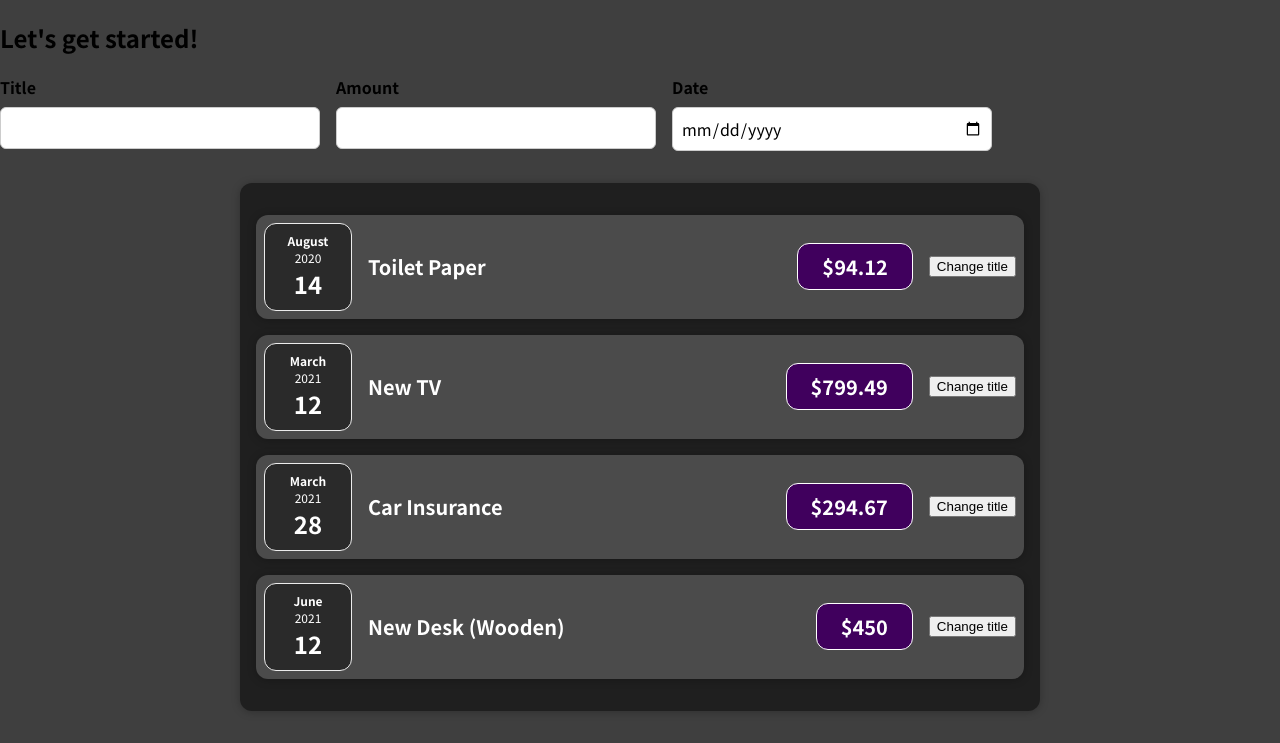
Repository: Dark-Developer93/react-complete-guide
Page: /
An editor plug-in stored every save of this project. The page is shown before and after the next save, followed by the edit.
The browser window is 1280 px wide. The pictures show the whole page.
The project was rebuilt for these pictures with package versions that can differ from the ones it lists, and the page was loaded fresh each time. Also part of the build but not shown: src/components/Expenses/NewExpense/NewExpense.css.

Above is the page before, as saved 2022-11-04 22:18:00.

### src/App.js
import Expenses from "./components/Expenses/Expenses";
import NewExpense from "./components/Expenses/NewExpense/NewExpense";

const App = () => {
  const expenses = [
    {
      id: "e1",
      title: "Toilet Paper",
      title2: "Hello",
      amount: 94.12,
      date: new Date(2020, 7, 14),
    },
    {
      id: "e2",
      title: "New TV",
      title2: "World",
      amount: 799.49,
      date: new Date(2021, 2, 12),
    },
    {
      id: "e3",
      title: "Car Insurance",
      title2: "From",
      amount: 294.67,
      date: new Date(2021, 2, 28),
    },
    {
      id: "e4",
      title: "New Desk (Wooden)",
      title2: "Egypt",
      amount: 450,
      date: new Date(2021, 5, 12),
    },
  ];
  return (
    <div>
      <h2>Let's get started!</h2>
      <NewExpense />
      <Expenses item={expenses} />
    </div>
  );
};

export default App;

### src/components/Expenses/Expenses.js
import "./Expenses.css";
import ExpenseItem from "./ExpenseItem";
import Card from "../UI/Card";

const Expenses = (props) => {
  return (
    <Card className="expenses">
      {props.item.map((expense) => {
        return (
          <ExpenseItem
            key={expense.id}
            title={expense.title}
            title2={expense.title2}
            amount={expense.amount}
            date={expense.date}
          />
        );
      })}
    </Card>
  );
};

export default Expenses;

### src/components/Expenses/NewExpense/NewExpense.js
import React from "react";
import "./NewExpense.css";
import ExpenseForm from "./ExpenseForm";

const NewExpense = () => {
  return (
    <div>
      <ExpenseForm />
    </div>
  );
};

export default NewExpense;

### src/components/Expenses/ExpenseItem.js
import { useState } from "react";

import "./ExpenseItem.css";
import ExpenseDate from "./ExpenseDate";
import Card from "../UI/Card";

const ExpenseItem = (props) => {
  const [title, setTitle] = useState(props.title);
  const { title2, amount, date } = props;
  const clickHandler = () => {
    setTitle(title2);
  };
  return (
    <Card className="expense-item">
      <ExpenseDate date={date} />
      <div className="expense-item__description">
        <h2>{title}</h2>
        <div className="expense-item__price">${amount}</div>
        <button onClick={clickHandler}>Change title</button>
      </div>
    </Card>
  );
};

export default ExpenseItem;

### src/components/Expenses/NewExpense/ExpenseForm.js
import React from "react";
import "./ExpenseForm.css";

const ExpenseForm = () => {
  return (
    <form>
      <div className="new-expense__controls">
        <div className="new-expense__control">
          <label>Title</label>
          <input type="text" />
        </div>
        <div className="new-expense__control">
          <label>Amount</label>
          <input type="number" min="0.01" step="0.01" />
        </div>
        <div className="new-expense__control">
          <label>Date</label>
          <input type="date" min="2019-01-01" max="2022-12-31" />
        </div>
      </div>
    </form>
  );
};

export default ExpenseForm;

### src/components/Expenses/ExpenseItem.css
.expense-item {
  display: flex;
  justify-content: space-between;
  align-items: center;
  padding: 0.5rem;
  margin: 1rem 0;
  background-color: #4b4b4b;
}

.expense-item__description {
  display: flex;
  flex-direction: column;
  gap: 1rem;
  align-items: flex-end;
  flex-flow: column-reverse;
  justify-content: flex-start;
  flex: 1;
}

.expense-item h2 {
  color: #3a3a3a;
  font-size: 1rem;
  flex: 1;
  margin: 0 1rem;
  color: white;
}

.expense-item__price {
  font-size: 1rem;
  font-weight: bold;
  color: white;
  background-color: #40005d;
  border: 1px solid white;
  padding: 0.5rem;
  border-radius: 12px;
}

@media (min-width: 580px) {
  .expense-item__description {
    flex-direction: row;
    align-items: center;
    justify-content: flex-start;
    flex: 1;
  }

  .expense-item__description h2 {
    font-size: 1.25rem;
  }

  .expense-item__price {
    font-size: 1.25rem;
    padding: 0.5rem 1.5rem;
  }
}

### src/components/Expenses/ExpenseDate.js
import "./ExpenseDate.css";
const ExpenseDate = (props) => {
  const month = props.date.toLocaleDateString("en-US", { month: "long" });
  const year = props.date.toLocaleDateString("en-US", { year: "numeric" });
  const day = props.date.toLocaleDateString("en-US", { day: "numeric" });
  return (
    <div className="expense-date">
      <div className="expense-date__month">{month}</div>
      <div className="expense-date__year">{year}</div>
      <div className="expense-date__day">{day}</div>
    </div>
  );
};

export default ExpenseDate;

Loaded but not shown: public/index.html (common file); src/index.js (common file); src/index.css (common file); src/components/Expenses/Expenses.css (common file); src/components/UI/Card.js (common file); src/components/UI/Card.css (common file); src/components/Expenses/NewExpense/ExpenseForm.css (common file); src/components/Expenses/ExpenseDate.css (common file)

After the next save:
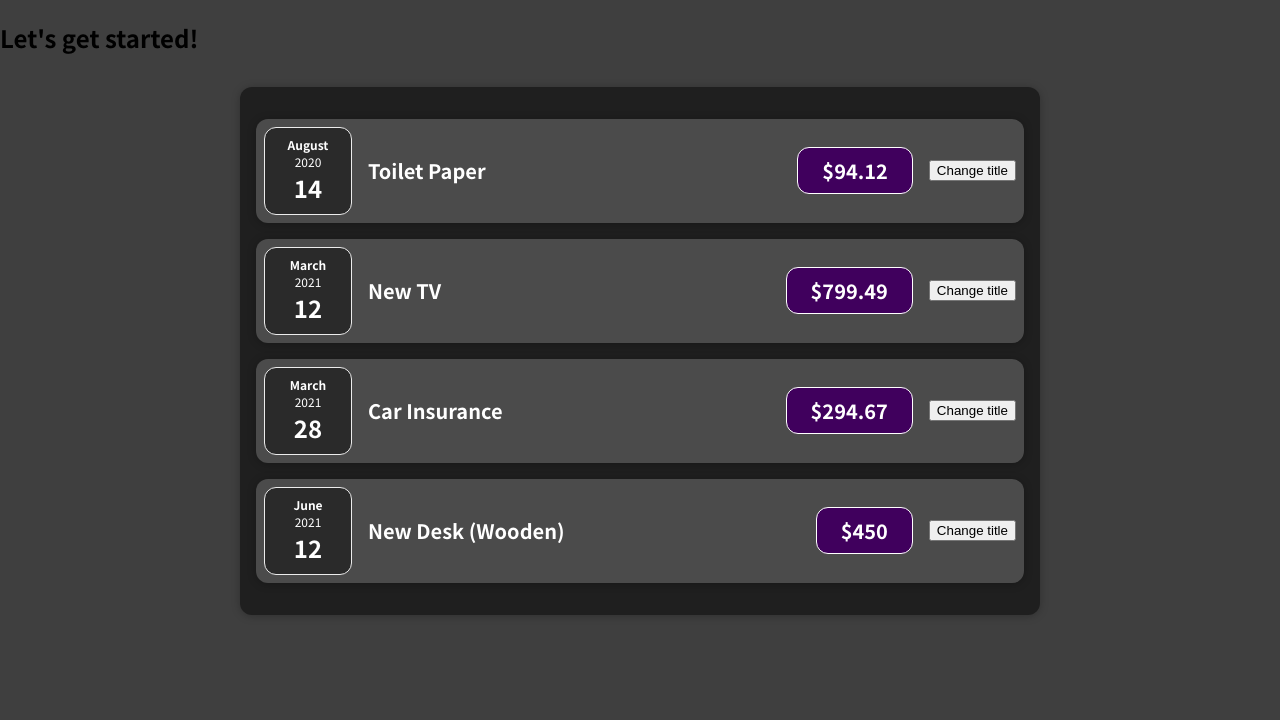
Saved 6 s later.
--- a/src/App.js
+++ b/src/App.js
@@ -1,5 +1,4 @@
 import Expenses from "./components/Expenses/Expenses";
-import NewExpense from "./components/Expenses/NewExpense/NewExpense";
 
 const App = () => {
   const expenses = [
@@ -35,7 +34,6 @@ const App = () => {
   return (
     <div>
       <h2>Let's get started!</h2>
-      <NewExpense />
       <Expenses item={expenses} />
     </div>
   );
